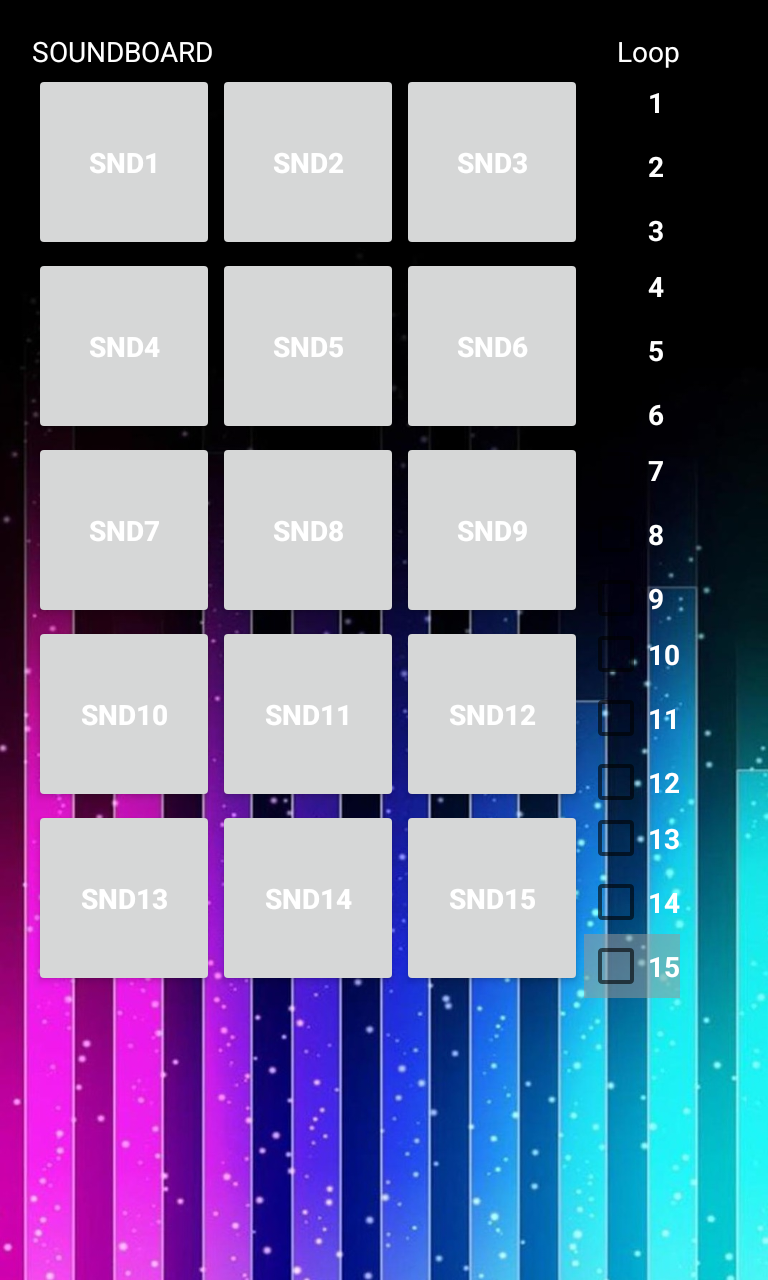
Repository: SoundBoardJAMJ/Project
Layout: workspace/SoundBoard/res/layout/defboard.xml
These files come from the project's save history. The layout is drawn as it stood at one moment and after the next save; the edit follows.
It is drawn on a 768 x 1280 px phone screen (xhdpi) without system bars, with theme AppTheme; the app's code is not run.

Above is the layout before, as saved 2014-05-02 07:23:54.

After the next save:
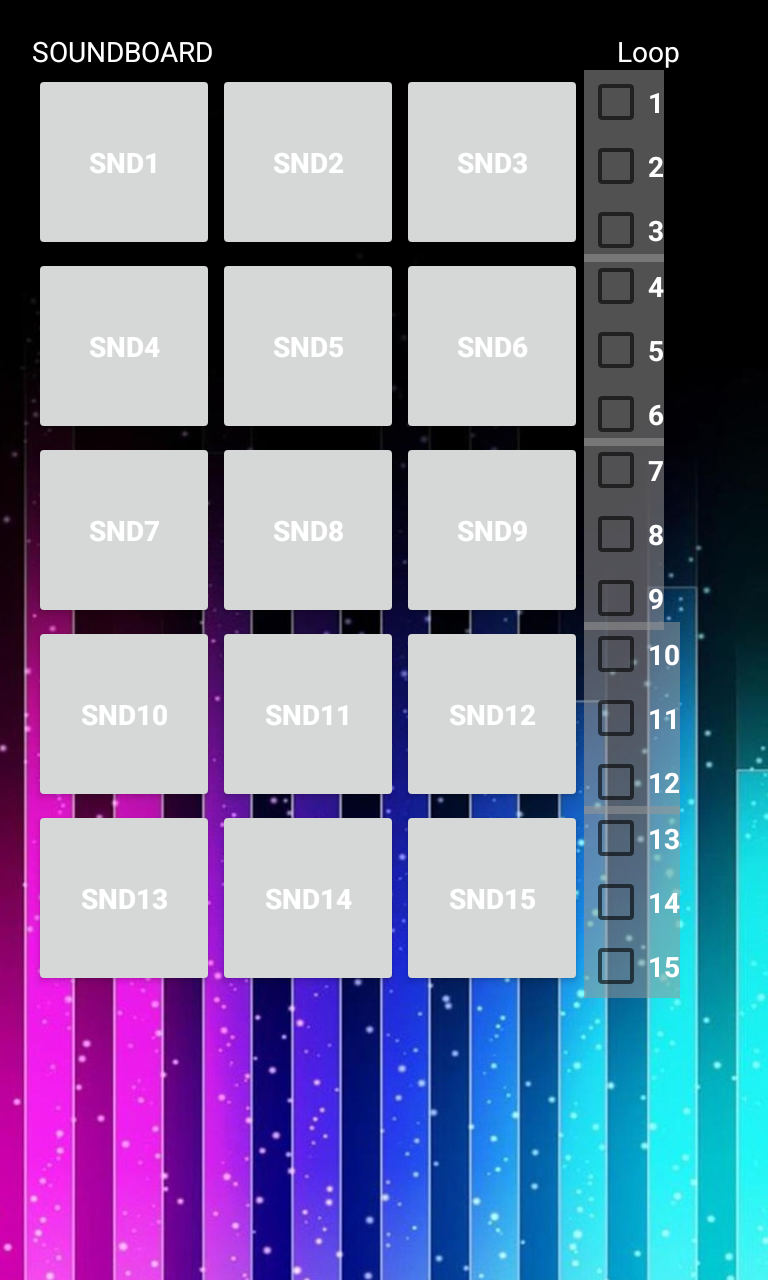
Saved 74 s later.
--- a/workspace/SoundBoard/res/layout/defboard.xml
+++ b/workspace/SoundBoard/res/layout/defboard.xml
@@ -217,6 +217,7 @@ android:layout_height="match_parent" >
         android:alpha="1.0"
         android:onClick="TogOnClick"
         android:text="1"
+        android:background="#88999999"
         android:textColor="@android:color/white"
         android:textStyle="bold" />
 
@@ -230,6 +231,7 @@ android:layout_height="match_parent" >
         android:textColor="@android:color/white"
         android:alpha="1.0"
         android:textStyle="bold"
+        android:background="#88999999"
         android:text="2" />
 
     <CheckBox
@@ -242,6 +244,7 @@ android:layout_height="match_parent" >
         android:textColor="@android:color/white"
         android:alpha="1.0"
         android:textStyle="bold"
+        android:background="#88999999"
         android:text="3" />
 
     <CheckBox
@@ -254,6 +257,7 @@ android:layout_height="match_parent" >
         android:textColor="@android:color/white"
         android:alpha="1.0"
         android:textStyle="bold"
+        android:background="#88999999"
         android:text="4" />
 
     <CheckBox
@@ -266,6 +270,7 @@ android:layout_height="match_parent" >
         android:textColor="@android:color/white"
         android:alpha="1.0"
         android:textStyle="bold"
+        android:background="#88999999"
         android:text="5" />
 
     <CheckBox
@@ -277,6 +282,7 @@ android:layout_height="match_parent" >
         android:onClick="TogOnClick"
         android:textColor="@android:color/white"
         android:alpha="1.0"
+        android:background="#88999999"
         android:textStyle="bold"
         android:text="6" />
 
@@ -290,6 +296,7 @@ android:layout_height="match_parent" >
         android:textColor="@android:color/white"
         android:alpha="1.0"
         android:textStyle="bold"
+        android:background="#88999999"
         android:text="7" />
 
     <CheckBox
@@ -302,6 +309,7 @@ android:layout_height="match_parent" >
         android:textColor="@android:color/white"
         android:alpha="1.0"
         android:textStyle="bold"
+        android:background="#88999999"
         android:text="8" />
 
     <CheckBox
@@ -314,6 +322,7 @@ android:layout_height="match_parent" >
         android:textColor="@android:color/white"
         android:alpha="1.0"
         android:textStyle="bold"
+        android:background="#88999999"
         android:text="9" />
 
     <CheckBox
@@ -326,6 +335,7 @@ android:layout_height="match_parent" >
         android:textColor="@android:color/white"
         android:alpha="1.0"
         android:textStyle="bold"
+        android:background="#88999999"
         android:text="10" />
 
     <CheckBox
@@ -338,6 +348,7 @@ android:layout_height="match_parent" >
         android:textColor="@android:color/white"
         android:alpha="1.0"
         android:textStyle="bold"
+        android:background="#88999999"
         android:text="11" />
 
     <CheckBox
@@ -350,6 +361,7 @@ android:layout_height="match_parent" >
         android:textColor="@android:color/white"
         android:alpha="1.0"
         android:textStyle="bold"
+        android:background="#88999999"
         android:text="12" />
 
     <CheckBox
@@ -362,6 +374,7 @@ android:layout_height="match_parent" >
         android:textColor="@android:color/white"
         android:alpha="1.0"
         android:textStyle="bold"
+        android:background="#88999999"
         android:text="13" />
 
     <CheckBox
@@ -373,6 +386,7 @@ android:layout_height="match_parent" >
         android:onClick="TogOnClick"
         android:textColor="@android:color/white"
         android:alpha="1.0"
+        android:background="#88999999"
         android:textStyle="bold"
         android:text="14" />
 
